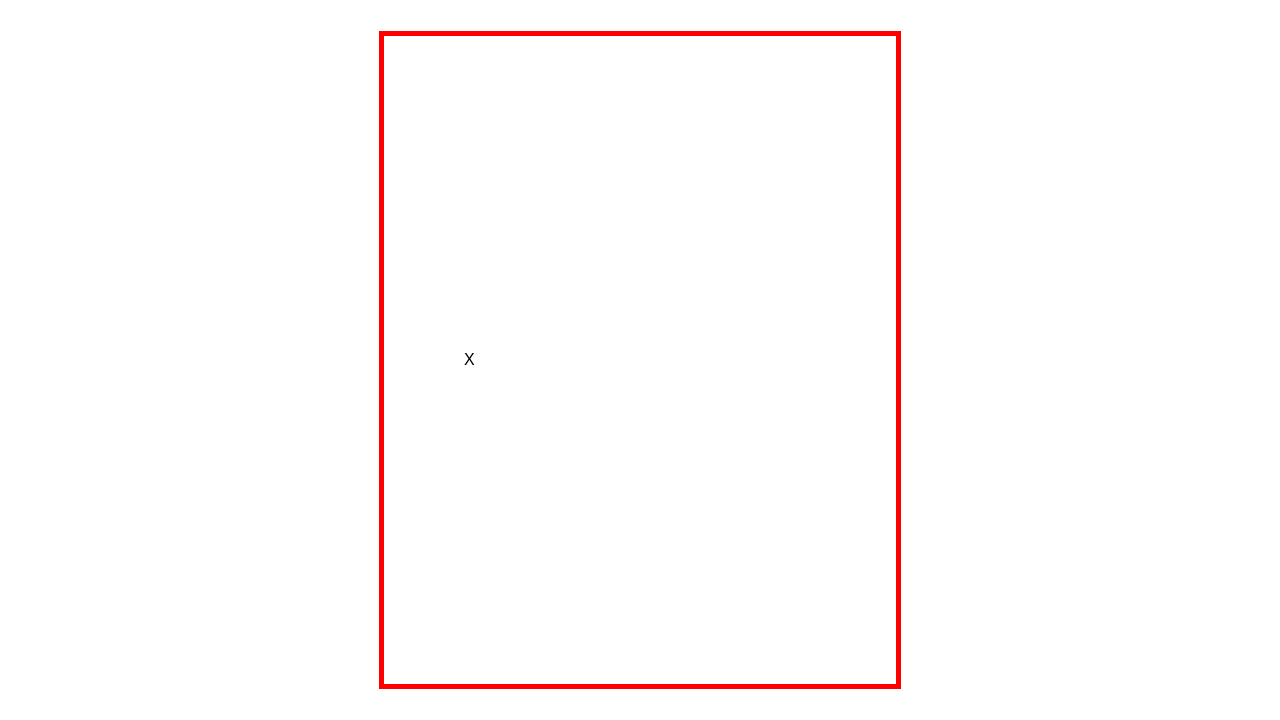
Repository: kocokoy/TOP-tic-tac-toe
Page: index.html
The author's editor kept a copy of each file at every save. The page is drawn from the files as they stood at one save, then again after the next save.
The browser window is 1280 px wide. The pictures show the whole page.
After loading, the first visible `div.gameboard` was clicked once.

Above is the page before, as saved 2024-11-07 14:51:44.

### index.html
<!DOCTYPE html>
<html lang="en">
<head>
  <meta charset="UTF-8">
  <meta name="viewport" content="width=device-width, initial-scale=1.0">
  <link rel="stylesheet" href="/styles/style.css">
  <title>Document</title>
</head>
<body>
 <div class='container'>
  <div class="gameboard">

  </div>
 </div>
<script src="/javascripts/scripts.js"></script>
</body>
</html>

### styles/style.css
body{
  padding: 0;
  margin: 0;
  height: 100vh;
  font-family: Arial, Helvetica, sans-serif;
}
.container{
  height:100%;
  display: flex;
  justify-content: center;
  align-items: center;
}
.gameboard{
  display: grid;
  grid-template-columns: 1fr 1fr 1fr;
  justify-items: center;
  align-items: center;
  border: 5px solid red;
  width: 40%;
  height: 90%;
}
.gameboard div{
  border: 1px solid red;
  height: 193px;
  width: 180px;
  cursor: pointer;
  color: tomato;
  display: flex;
  justify-content: center;
  align-items: center;
  font-size: 100px;
}

### javascripts/scripts.js
const gameBoardElement = document.querySelector('.gameboard');

const gameBoard = {
  gameBoard : ['','','','','','','','','']
}
const players = {
  player1: 'X',
  player2: 'O',
}

startGame();

function startGame(){
  createGameBoard();
  gameBoardBoxClicked();
}

function createGameBoard(){
  for(let i = 0; i < 9; i++){
    const div = document.createElement('div');
    div.setAttribute('data-id',i);
    gameBoardElement.appendChild(div);
  }
}

function gameBoardBoxClicked(){
  gameBoardElement.addEventListener('click', (e) => {
    const boxClicked = e.target;
    boxClicked.textContent = 'X'
  })
}

After the next save:
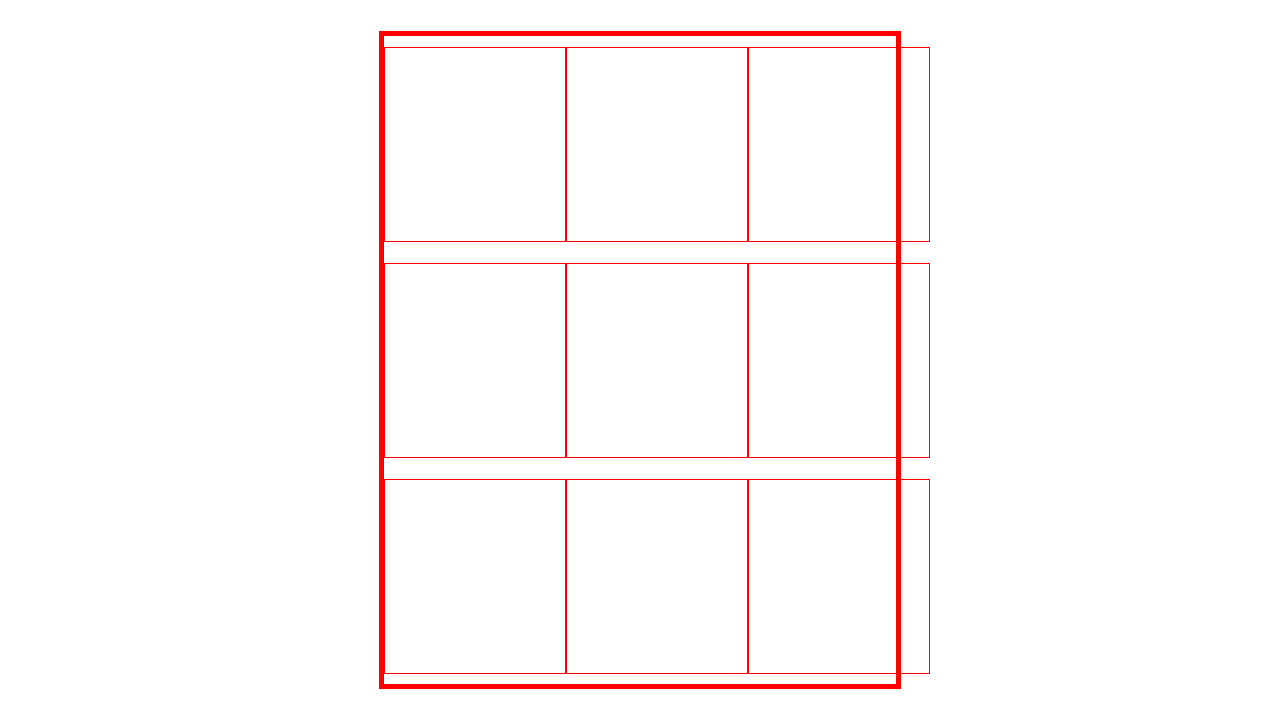
Saved 33 min 7 s later.
--- a/javascripts/scripts.js
+++ b/javascripts/scripts.js
@@ -24,8 +24,12 @@
 }
 
 function gameBoardBoxClicked(){
+  let playing = true;
   gameBoardElement.addEventListener('click', (e) => {
     const boxClicked = e.target;
-    boxClicked.textContent = 'X'
+    // if(playing){
+
+    // }
+    // boxClicked.textContent = players.player1;
   })
 }

After the save that followed:
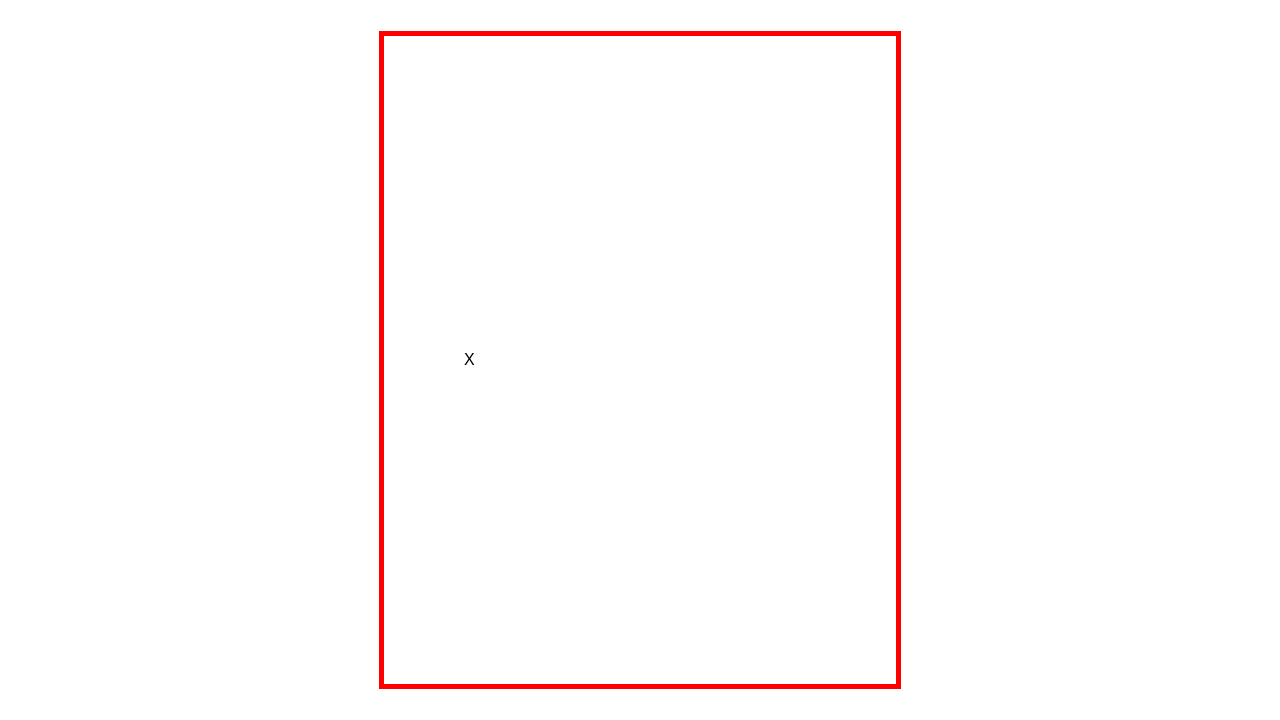
Saved 4 s later.
--- a/javascripts/scripts.js
+++ b/javascripts/scripts.js
@@ -30,6 +30,6 @@
     // if(playing){
 
     // }
-    // boxClicked.textContent = players.player1;
+    boxClicked.textContent = players.player1;
   })
 }
